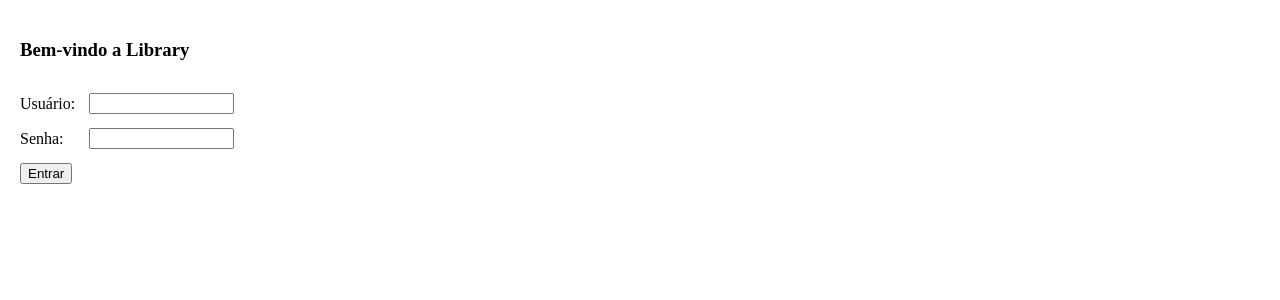
Repository: lmsmorais/ProjectEpiousion
Page: http://localhost/LibraryProject/
An editor plug-in stored every save of this project. The page is shown before and after the next save, followed by the edit.
The browser window is 1280 px wide. The pictures show the whole page.
The page is served by Tomcat 9. Other server files are loaded and not shown.

Above is the page before, as saved 2020-11-11 19:17:55.

### LibraryProject/WebContent/index.jsp
<%@ page language="java" contentType="text/html; charset=ISO-8859-1"
    pageEncoding="ISO-8859-1"%>
<!DOCTYPE html>
<html>
<head>
<meta charset="ISO-8859-1">
<title>Login</title>
	</head>
	<body>
		<form method="post" action='${pageContext.request.contextPath}/Login'>
			<table cellspacing="10" cellpadding="2" width="5%">
				<tr>
					<td colspan="2">
						<h3> Bem-vindo a Library</h3>
							<p>
					</td>
				</tr>
				<tr>
					<td>Usuário:</td>
					<td><input type="text" name="username" size="15"/></td>
				</tr>
				<tr>
					<td>Senha:</td>
					<td><input type="password" name="password" size="15"/></td>
				</tr>
				<tr>
					<td><button type="submit">Entrar</button></td>
				</tr>
			</table>
		</form>
	</body>
</html>

After the next save:
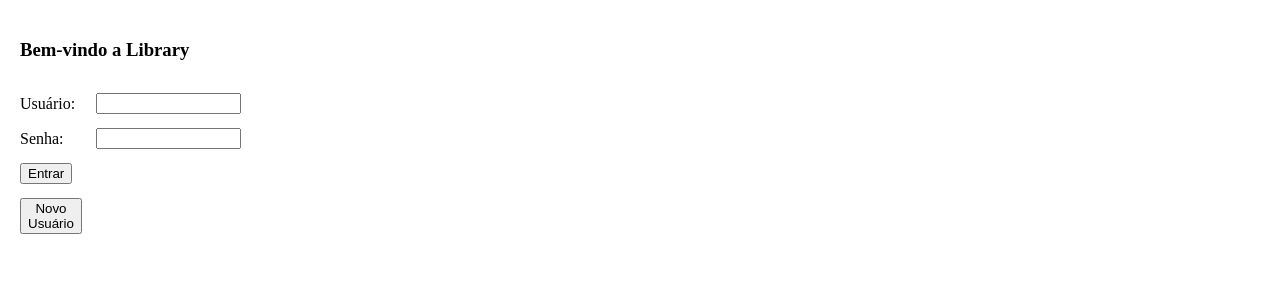
Saved 80 min 35 s later.
--- a/LibraryProject/WebContent/index.jsp
+++ b/LibraryProject/WebContent/index.jsp
@@ -26,6 +26,9 @@
 				<tr>
 					<td><button type="submit">Entrar</button></td>
 				</tr>
+				<tr>
+					<td><button type="submit">Novo Usuário</button></td>
+				</tr>
 			</table>
 		</form>
 	</body>
